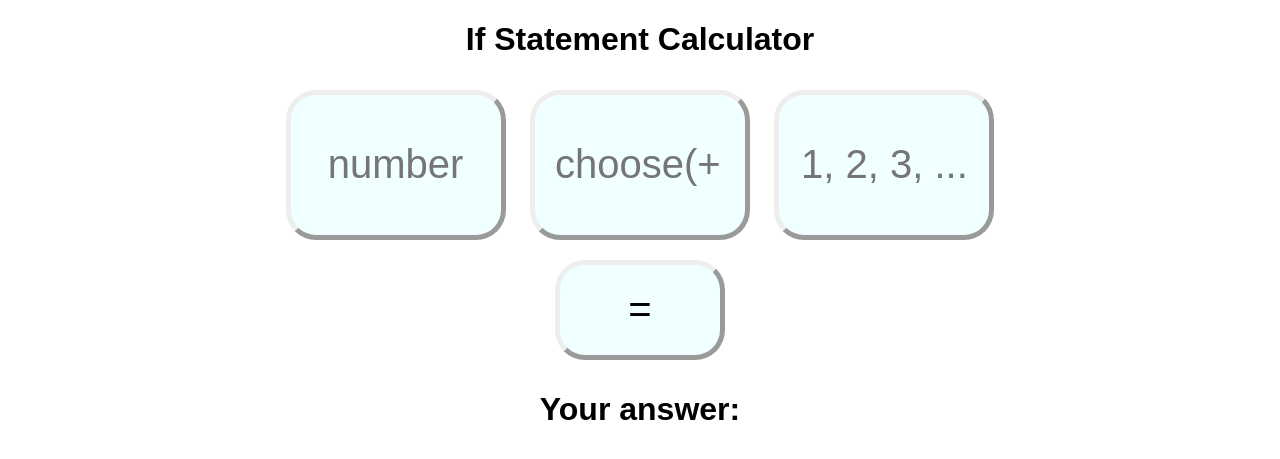
Repository: WesleyErasmus/threeInputCalculator
Page: html/if-calculator.html
These files come from the project's save history. The page is drawn as it stood at one moment and after the next save; the edit follows.
The browser window is 1280 px wide. The pictures show the whole page.

Above is the page before, as saved 2022-04-27 22:32:37.

After the next save:
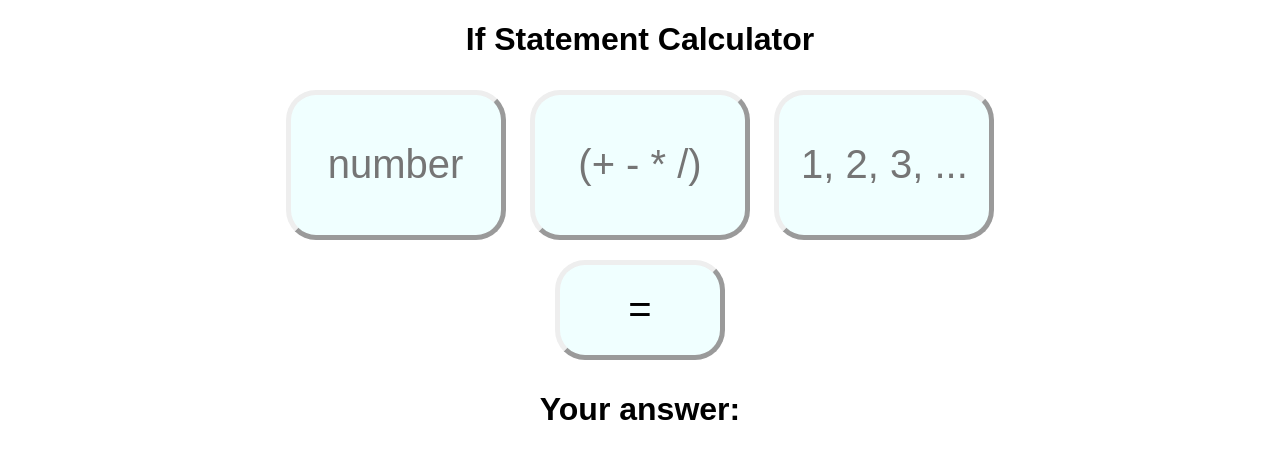
Saved 6 s later.
--- a/html/if-calculator.html
+++ b/html/if-calculator.html
@@ -14,7 +14,7 @@
     <form onsubmit="return false;">
         <h1>If Statement Calculator</h1>
          <input id="input1" type="text" name = "input1" placeholder="number"> <!-- input-1 -->
-         <input id="input3" type="text" name = "input3" placeholder="choose(+ - * /)"> <!-- input-3 (operator) -->
+         <input id="input3" type="text" name = "input3" placeholder="(+ - * /)"> <!-- input-3 (operator) -->
          <input id="input2" type="text" name = "input2" placeholder="1, 2, 3, ..."> <!-- input-2 -->
         <div>
          <button onclick="sum()">=</button>
